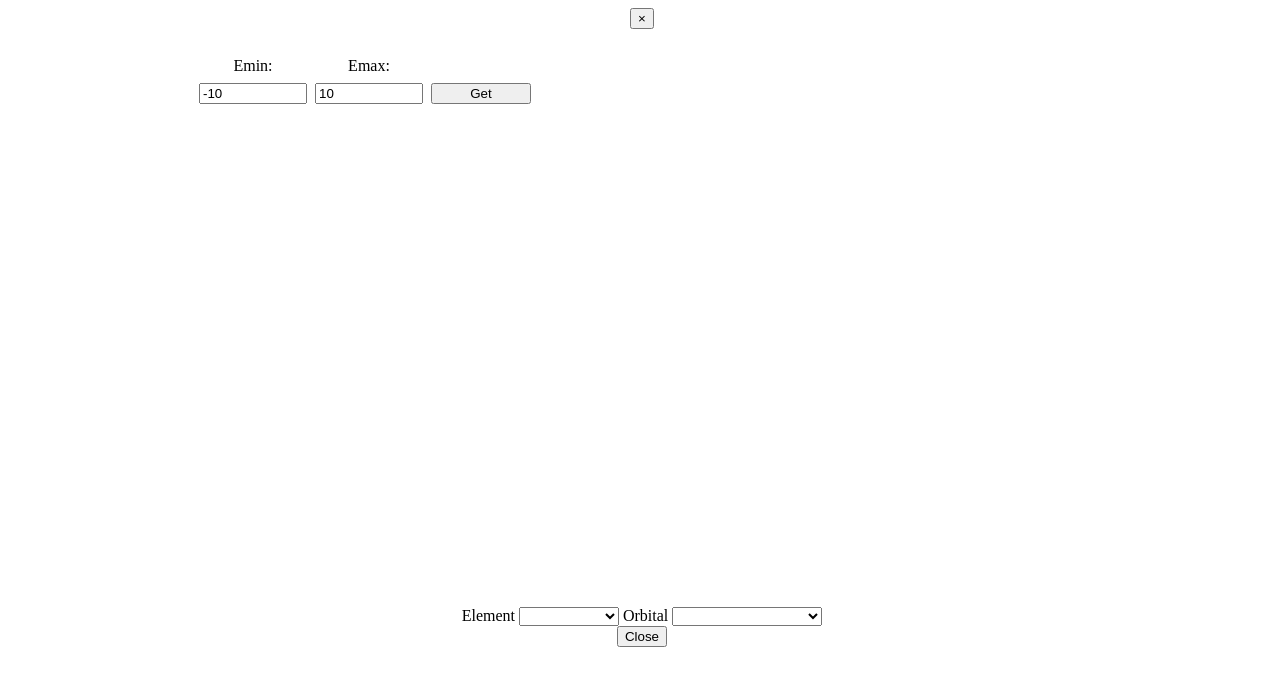
Repository: atowfiq/FESD_website-scripts
Page: http://localhost/fesdweb/BandstructureChart.jsp
The author's editor kept a copy of each file at every save. The page is drawn from the files as they stood at one save, then again after the next save.
The browser window is 1280 px wide. The pictures show the whole page.
The page is served by Tomcat 9.

Above is the page before, as saved 2017-07-28 01:19:57.

After the next save:
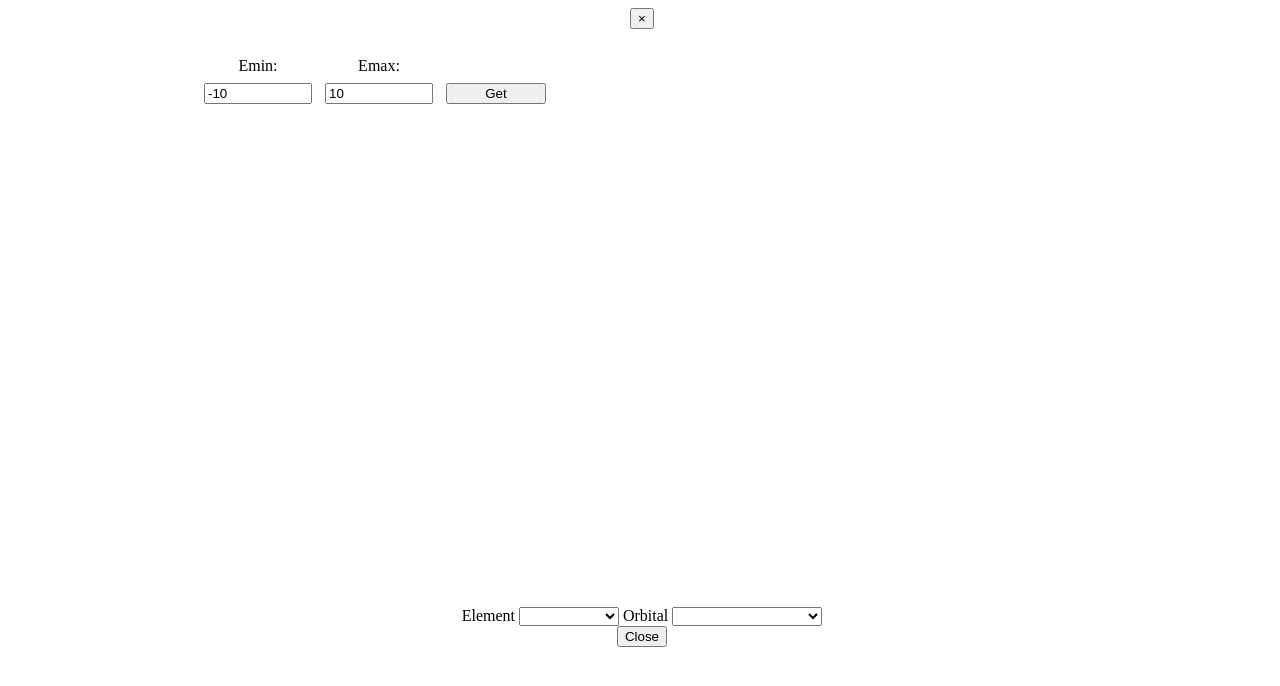
Saved 55 s later.
--- a/fesdweb/WebContent/BandstructureChart.jsp
+++ b/fesdweb/WebContent/BandstructureChart.jsp
@@ -37,7 +37,7 @@ margin-top:-40px;
 #BandstructureTable td
 {
 	padding-top: 5px ;
-	padding-left:5px; ;
+	padding-left:10px; ;
 }
 </style>
 
